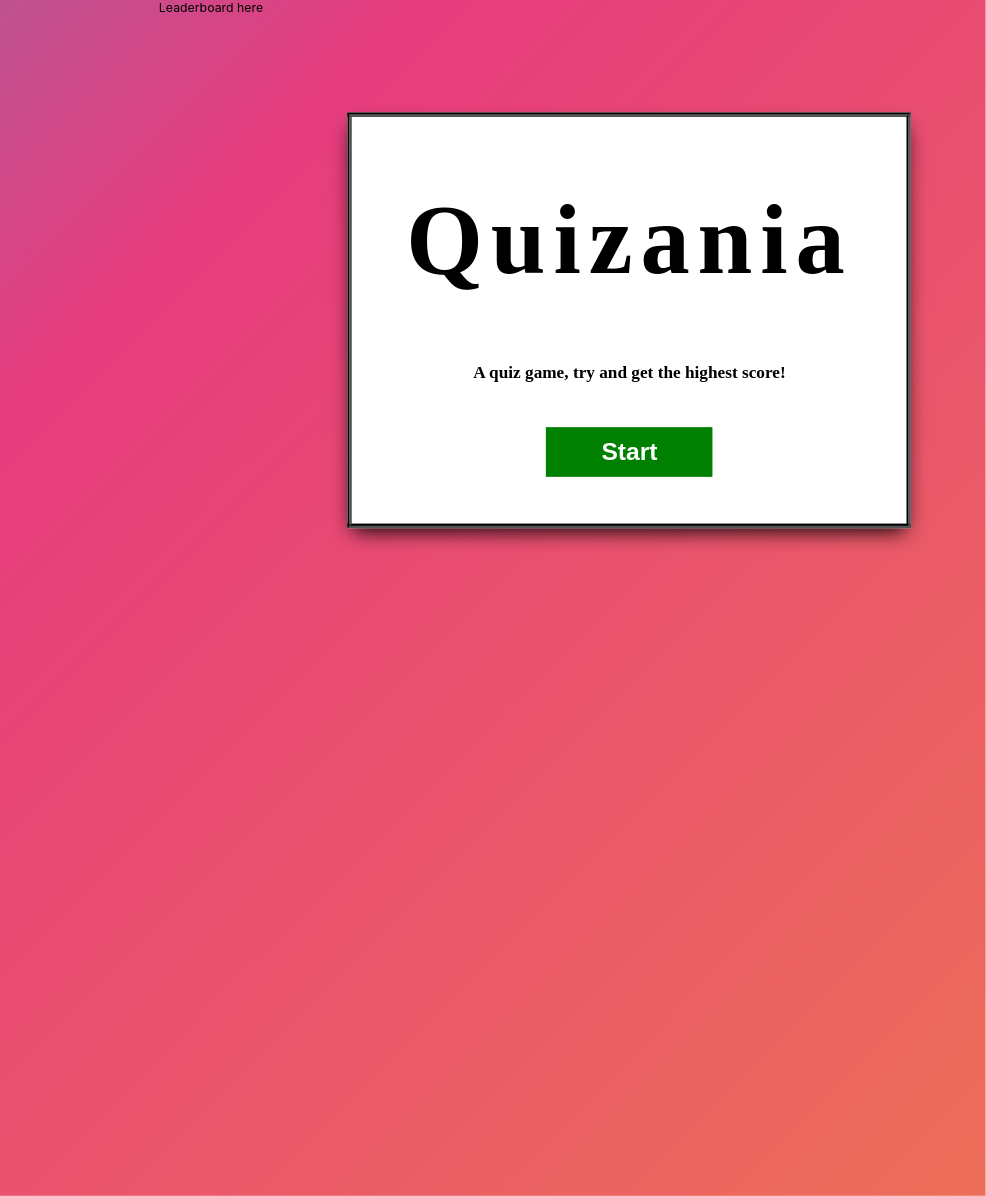
Repository: PatrickTheCodeGuy/QuizApp
Page: / (app in quizapp/)
An editor plug-in stored every save of this project. The page is shown before and after the next save, followed by the edit.
The browser window is 1280 px wide. The pictures show the whole page, at 77% of full size.
The project was rebuilt for these pictures with package versions that can differ from the ones it lists, and the page was loaded fresh each time.

Above is the page before, as saved 2021-07-08 14:37:38.

### quizapp/src/index.css
body {
  margin: 0;
  font-family: -apple-system, BlinkMacSystemFont, 'Segoe UI', 'Roboto', 'Oxygen',
    'Ubuntu', 'Cantarell', 'Fira Sans', 'Droid Sans', 'Helvetica Neue',
    sans-serif;
  -webkit-font-smoothing: antialiased;
  -moz-osx-font-smoothing: grayscale;
  background: linear-gradient(-45deg, #ee7752, #e73c7e, #23a6d5, #23d5ab);
    background-size: 400% 400%;
    animation: gradient 15s ease infinite;
}

code {
  font-family: source-code-pro, Menlo, Monaco, Consolas, 'Courier New',
    monospace;
}
html, body, #app, #app>div {
  width: 100%;
  height:100%;
}

#root{
  display:flex;
}


@keyframes gradient {
    0% {
        background-position: 0% 50%;
    }
    50% {
        background-position: 100% 50%;
    }
    100% {
        background-position: 0% 50%;
    }
}

### quizapp/src/App.js
import logo from './logo.svg';
import './App.css';
import Leaderboard from './components/Leaderboard/Leaderboard';
import StartMenu from './components/StartMenu/StartMenu';


function App() {
  return (
    <div className="startMenu-container App">
          <div class="leaderboard-container">
            <Leaderboard/>
          </div>
          <div class="game-container">
            <StartMenu/>
          </div>
    </div>
  );
}

export default App;

### quizapp/src/App.css
.App {
  display:flex
}

.App-logo {
  height: 40vmin;
  pointer-events: none;
}

@media (prefers-reduced-motion: no-preference) {
  .App-logo {
    animation: App-logo-spin infinite 20s linear;
  }
}

.App-header {
  background-color: #282c34;
  min-height: 100vh;
  display: flex;
  flex-direction: column;
  align-items: center;
  justify-content: center;
  font-size: calc(10px + 2vmin);
  color: white;
}

.App-link {
  color: #61dafb;
}

@keyframes App-logo-spin {
  from {
    transform: rotate(0deg);
  }
  to {
    transform: rotate(360deg);
  }
}


.startMenu-container{
  display: flex;
  margin: 0 auto;
}

.leaderboard-container {
    width: 30%;

}

### quizapp/src/components/Leaderboard/Leaderboard.js
import React from 'react';

class Leaderboard extends React.Component {
    constructor(props){
        super(props)
        // TODO
        //state for people and scores here
    }

    render(){
        return (
            <div>Leaderboard here</div>
        )
    }
}

export default Leaderboard;

### quizapp/src/components/StartMenu/StartMenu.js
import React from 'react';
import './StartMenu.css';

class StartMenu extends React.Component {
    constructor(props){
        super(props);
        // TODO
        // determine if need logic here, may just need to be a functional component.
    }

    render(){
        return (
            <div class="menu-container">
                <h1 class="menu-text">Quizania</h1>
                <p class="regular-text">A quiz game, try and get the highest score!</p>
                <button class="button-start">Start</button>
            </div>
        )
    }
}

export default StartMenu;

### quizapp/src/components/StartMenu/StartMenu.css
.menu-text{
    font-family: 'Zen Tokyo Zoo', cursive;
    font-size: 8em;
    letter-spacing: 0.08em;
}

.regular-text{
    font-family:fantasy;
    font-weight:900;
    font-size: 1.4em;
}

.button-start{
    width: 30%;
    height: 12%;
    background: green;
    margin-top: 5%;
    color: white;
    border: 3px solid green;
    font-size: xx-large;
    font-weight: 600;
    transition: background-color 0.1s ease;
}

.button-start:hover{
    background: rgba(4, 255, 4, 0.311);
    color: black;
    border: 3px solid rgba(0, 188, 0, 0.743);
}

.menu-container{
    border: 6px groove black;
    text-align: center;
    background-color: white;
    box-shadow: 0px 12px 25px -8px #000000;
    width: 45em;
    height: 33em;
    margin: 20% 15%;
}

Loaded but not shown: quizapp/src/index.js (common file); quizapp/src/reportWebVitals.js (common file)

After the next save:
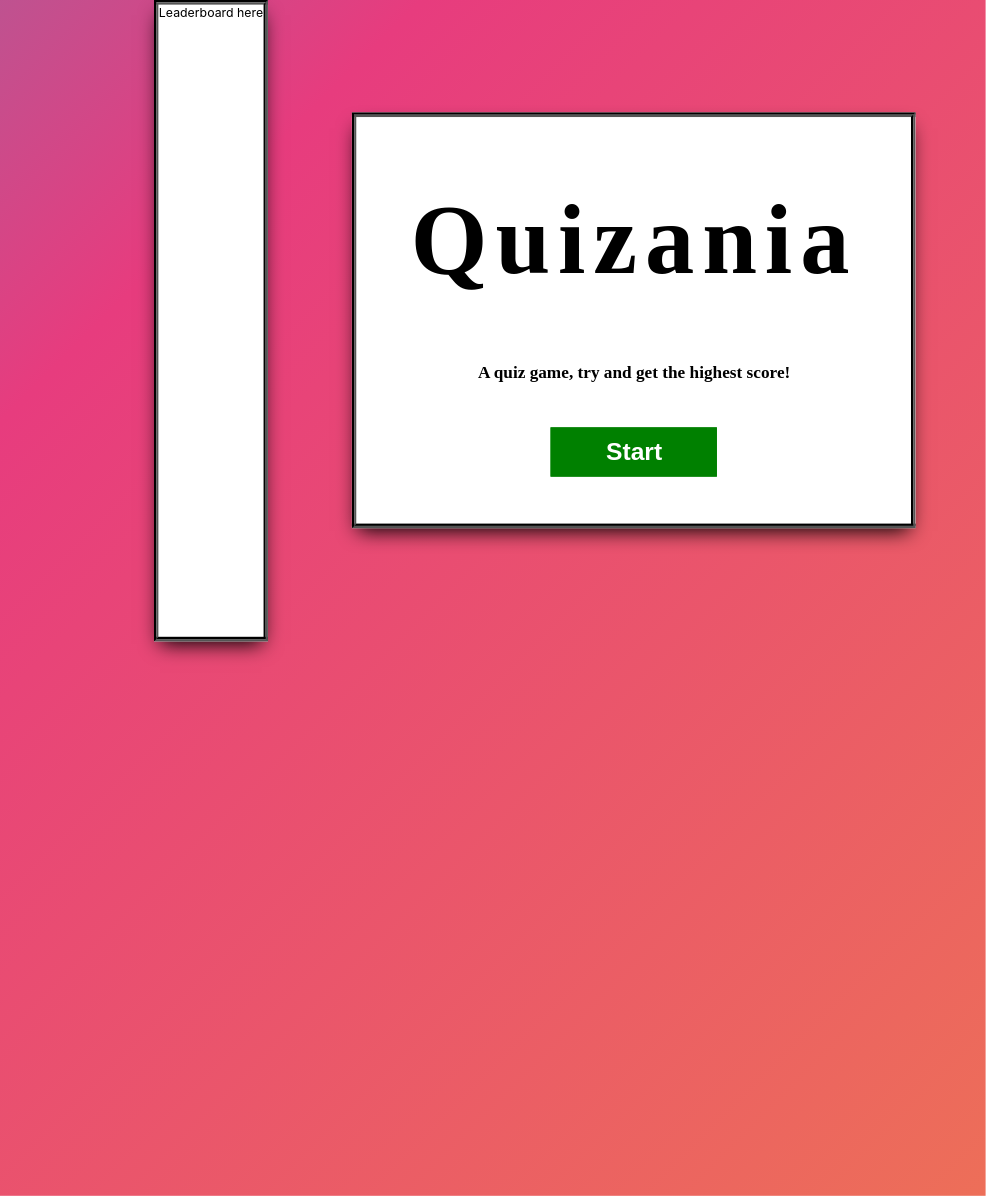
Saved 12 min 17 s later.
--- a/quizapp/src/App.css
+++ b/quizapp/src/App.css
@@ -45,5 +45,9 @@
 
 .leaderboard-container {
     width: 30%;
+    border: 6px groove black;
+    text-align: center;
+    background-color: white;
+    box-shadow: 0px 12px 25px -8px #000000;
 
 }
